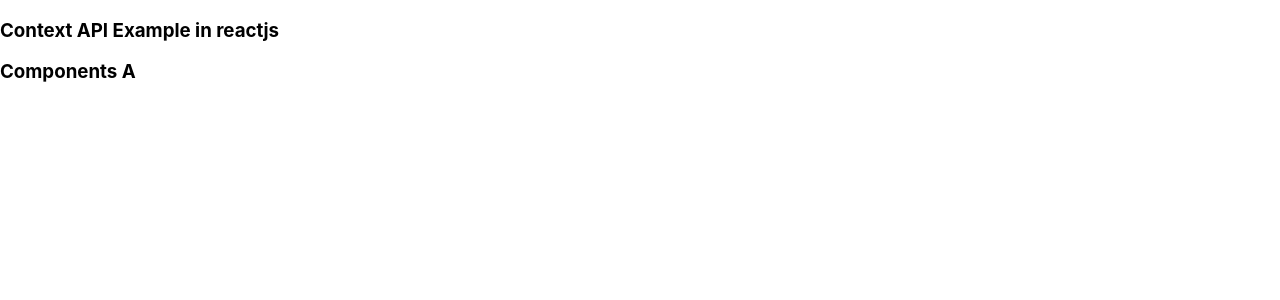
Repository: lalji-yadav/React-Context-API
Page: /a
The author's editor kept a copy of each file at every save. The page is drawn from the files as they stood at one save, then again after the next save.
The browser window is 1280 px wide. The pictures show the whole page.
The project was rebuilt for these pictures with package versions that can differ from the ones it lists, and the page was loaded fresh each time. Also part of the build but not shown: src/App.css.

Above is the page before, as saved 2021-02-09 16:30:36.

After the next save:
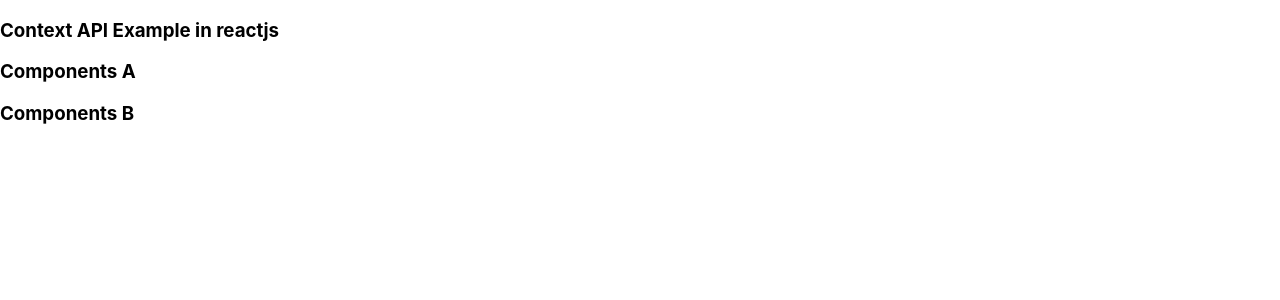
Saved 71 s later.
--- a/src/App.js
+++ b/src/App.js
@@ -1,5 +1,6 @@
 import './App.css';
 import A from "./components/A";
+import B from "./components/B";
 
 function App() {
   return (
@@ -7,6 +8,7 @@ function App() {
       <h3> Context API Example in reactjs </h3>
 
       <A />
+      <B />
 
     </div>
   );
